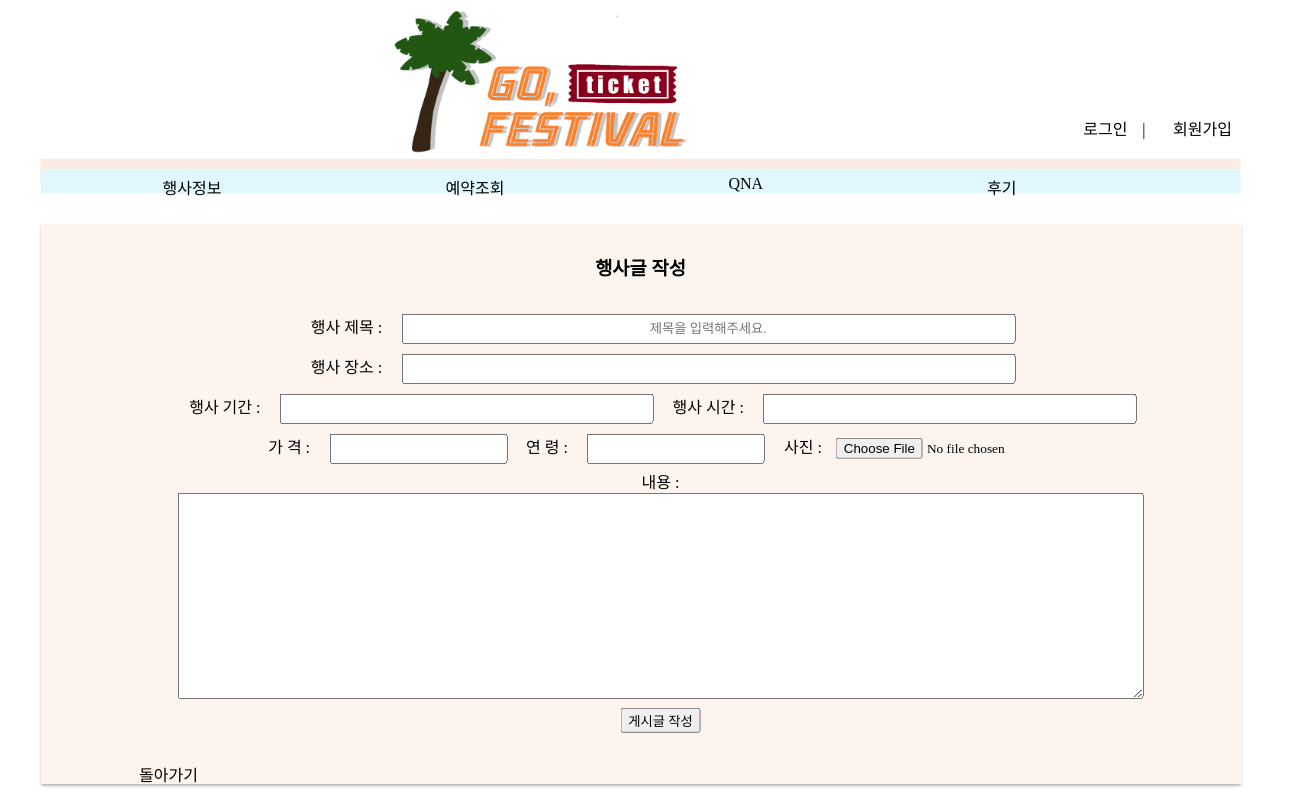
Repository: Changgyu1/Chang_Gu
Page: http://localhost/Project/Event_add.jsp
These files come from the project's save history. The page is drawn as it stood at one moment and after the next save; the edit follows.
The browser window is 1280 px wide. The page is 1280 px wide, then 1306 px, then 1280 px, so the pictures cover 1306 px, including what lies to the right of the window. The pictures show the whole page.
Some web fonts or font styles are not loaded; a fallback is used. The page is served by Tomcat 9.

Above is the page before, as saved 2023-11-14 05:19:16.

After the next save:
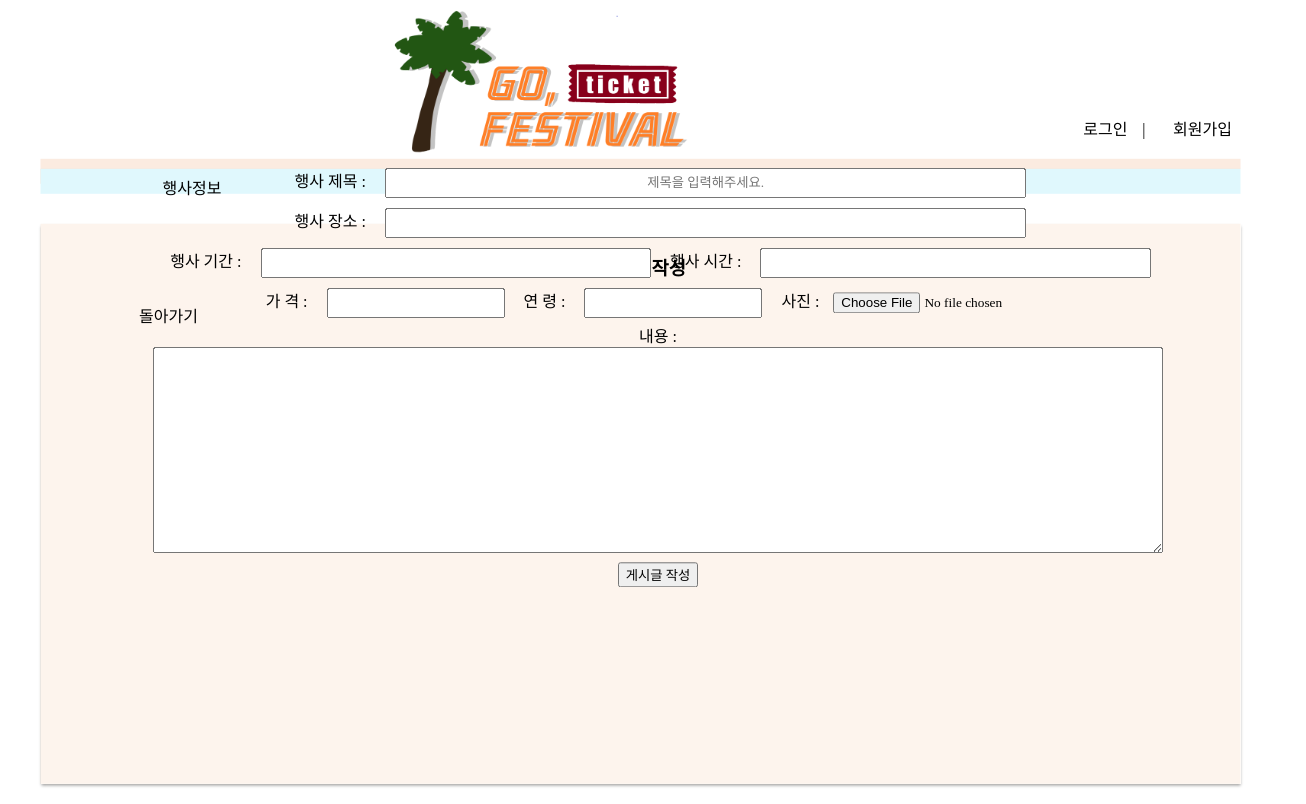
Saved 31 s later.
--- a/Project/src/main/webapp/Event_add.jsp
+++ b/Project/src/main/webapp/Event_add.jsp
@@ -12,6 +12,11 @@
             margin: 10px;
             text-align: center;
             width: 100%;
+            position: absolute;
+            padding: 20px;
+            top: 50%;
+            left: 50%;
+            transform: translate(-50%, -50%);
         }
         #event_name,#event_location{
             padding: 5px;

After the 4 saves that followed:
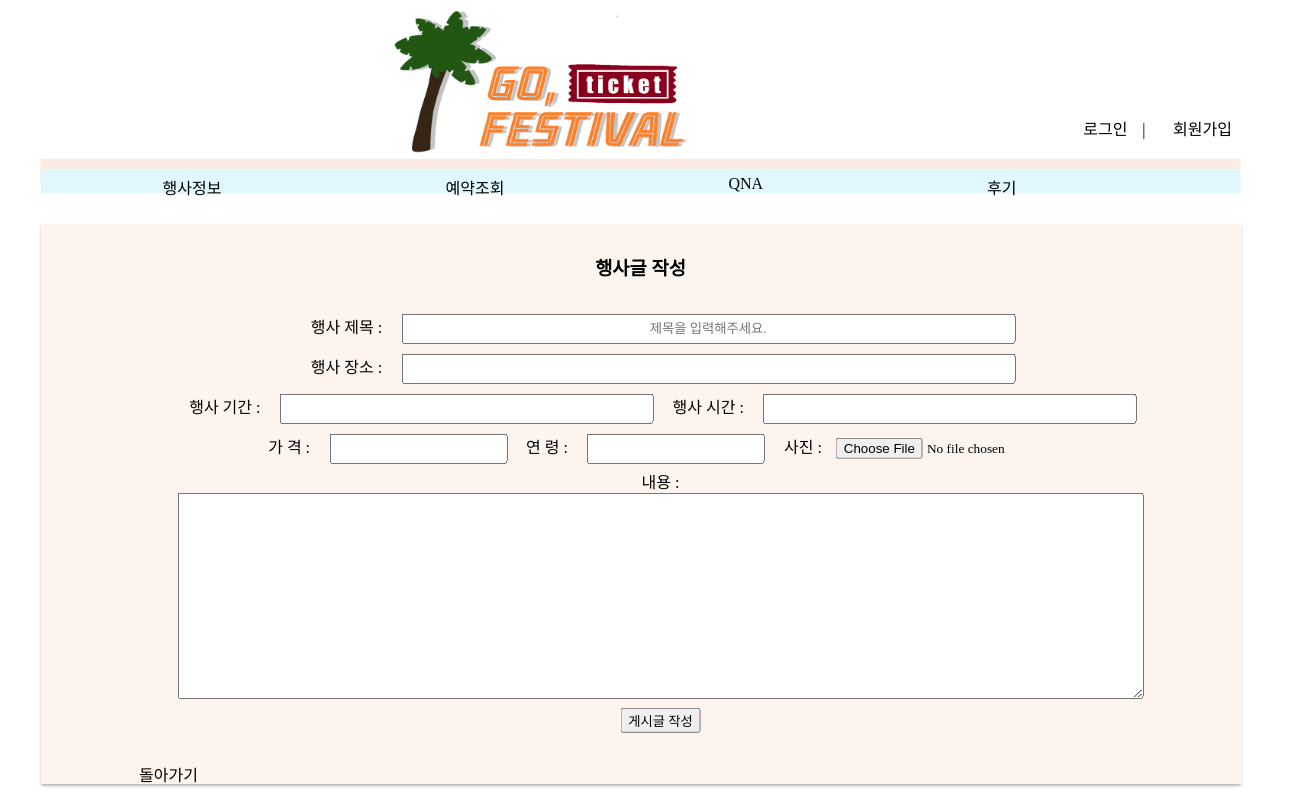
The 4 saves are shown as one change because 3 left the picture as it was.
The last was saved 86 s later.
--- a/Project/src/main/webapp/Event_add.jsp
+++ b/Project/src/main/webapp/Event_add.jsp
@@ -12,11 +12,7 @@
             margin: 10px;
             text-align: center;
             width: 100%;
-            position: absolute;
-            padding: 20px;
-            top: 50%;
-            left: 50%;
-            transform: translate(-50%, -50%);
+
         }
         #event_name,#event_location{
             padding: 5px;
--- a/Project/src/main/webapp/css/event.css
+++ b/Project/src/main/webapp/css/event.css
@@ -139,3 +139,7 @@ ul{
 		float:right;
 		margin: 6px 224px 0px 0;
 	}
+
+	input{
+	border-box: solid 5px;
+	}
